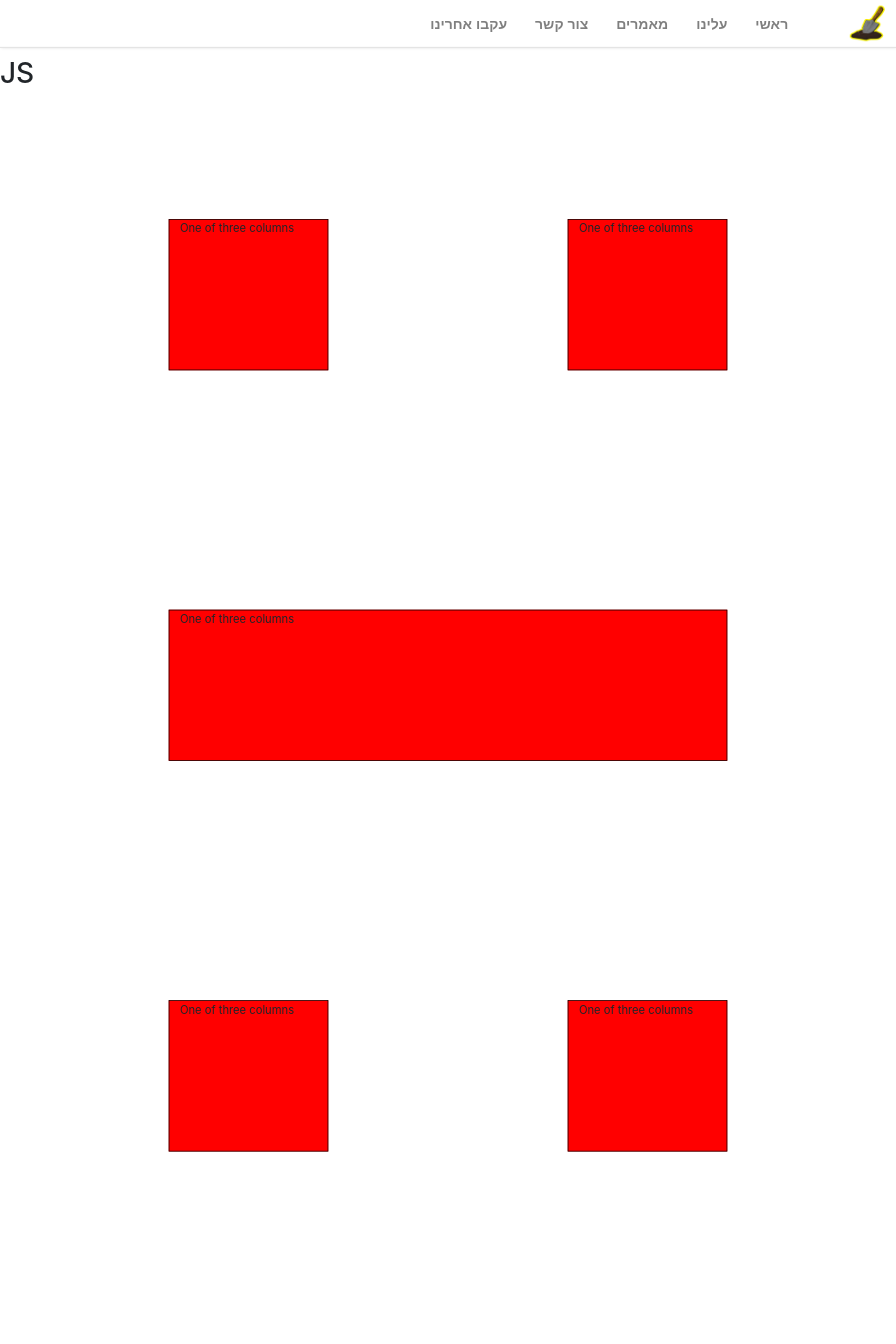
Repository: yoavBenZion/Blog-Zubi
Page: articlesPage.html
An editor plug-in stored every save of this project. The page is shown before and after the next save, followed by the edit.
The browser window is 1280 px wide. The pictures show the part of the page from y = 0 to 1920 px (the page is 3566 px tall before and 1208 px after), at 70% of full size.
Some web fonts or font styles are not loaded; a fallback is used. Some web libraries are served in a nearby version.

Above is the page before, as saved 2017-10-26 11:53:03.

After the next save:
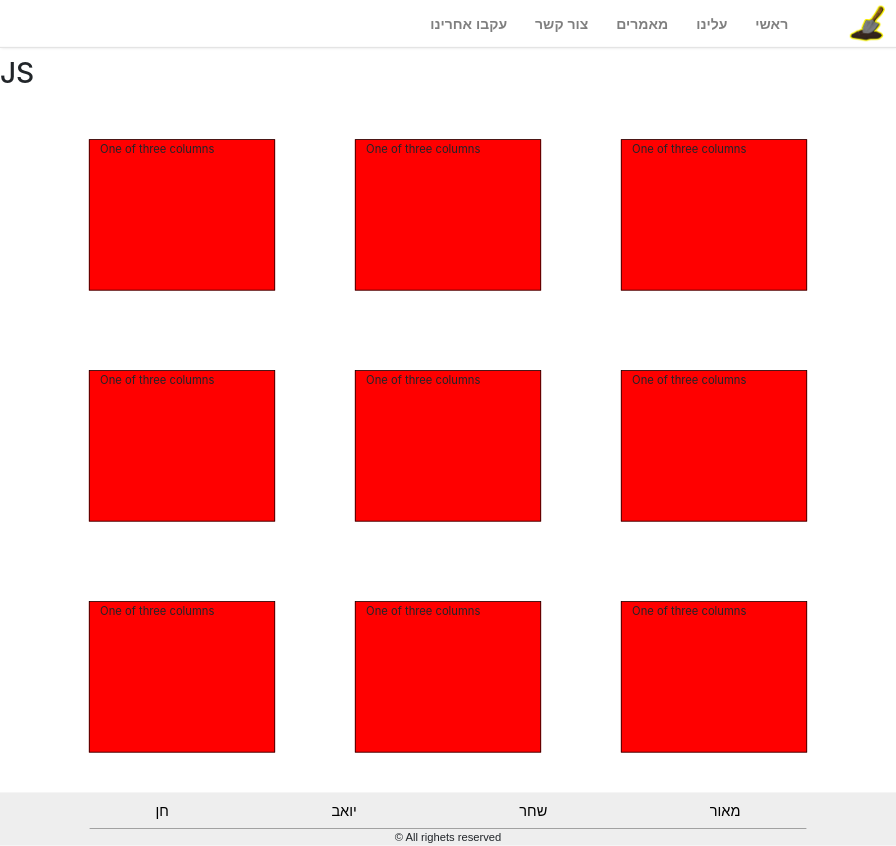
Saved 7 s later.
--- a/css/articlesPage.css
+++ b/css/articlesPage.css
@@ -6,7 +6,7 @@ body {
 
 .col {
     background-color: red;
-    margin: 15%;
+    margin: 5%;
     height: 30vh;
     border: 1px solid black;
 }
